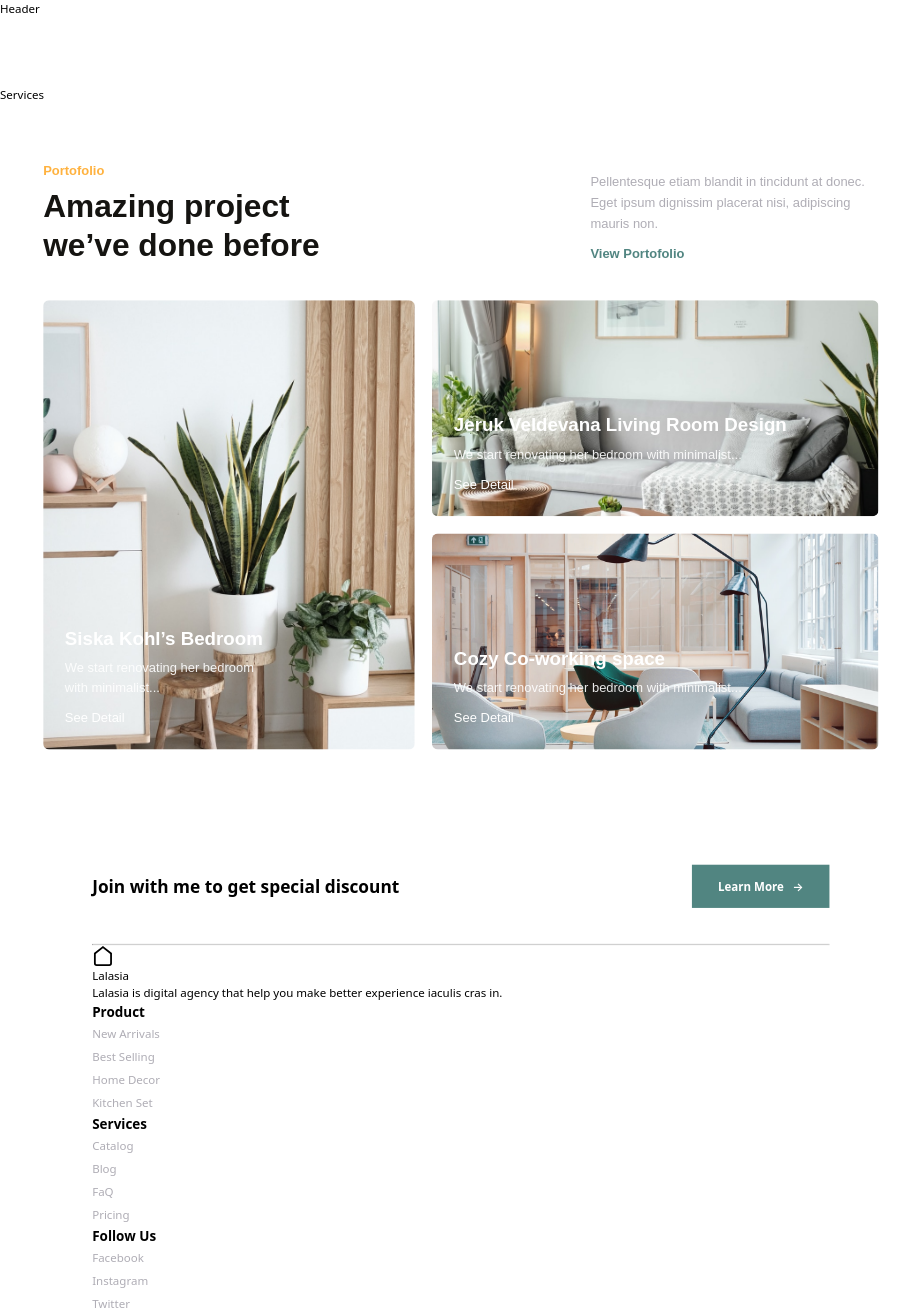
Repository: archis-academy/december-frontend-lalasia-2025
Page: /services
The author's editor kept a copy of each file at every save. The page is drawn from the files as they stood at one save, then again after the next save.
The browser window is 1280 px wide. The pictures show the whole page, at 72% of full size.
Some web fonts or font styles are not loaded; a fallback is used. The project was rebuilt for these pictures with package versions that can differ from the ones it lists, and the page was loaded fresh each time. Also part of the build but not shown: vite.config.ts, src/components/welcome/benefits.scss, src/components/welcome/benefitsd.tsx, src/components/Article/Article.module.scss, src/components/Article/ArticleCard.module.scss, src/components/CustomButton/CustomButton.tsx, src/components/Arrow/Arrow.tsx, src/components/Article/ArticleCard.tsx and 19 more.

Above is the page before, as saved 2026-01-27 00:09:59.

After the next save:
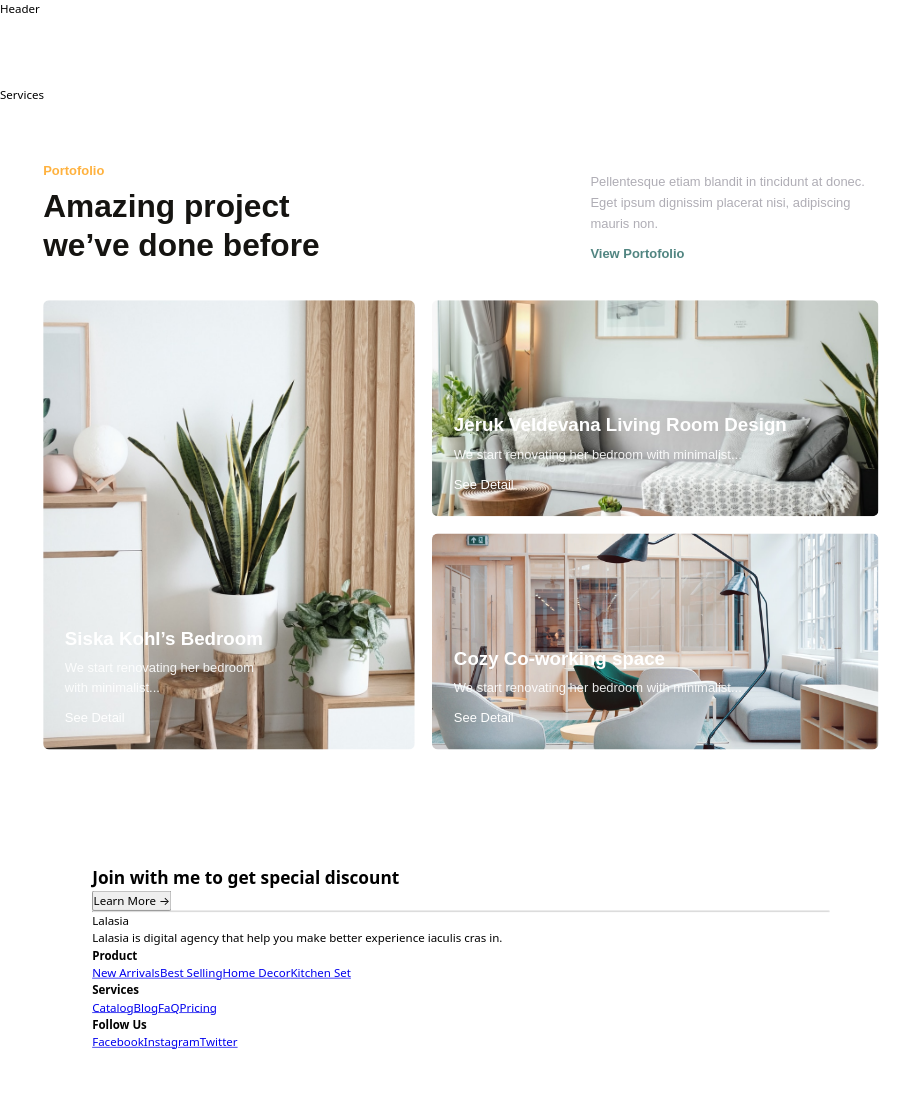
Saved 16 min 8 s later.
--- a/src/components/Footer/Footer.tsx
+++ b/src/components/Footer/Footer.tsx
@@ -2,74 +2,58 @@ import React from 'react';
 import './Footer.scss';
 
 const Footer: React.FC = () => {
-  // Butona tıklandığında çalışacak fonksiyon
-  const handleLearnMore = () => {
-    alert("Yönlendiriliyorsunuz...");
-    // window.location.href = "/details"; // Gerçek bir yönlendirme için
-  };
+  return (
+    <footer className="footer-wrapper">
+      <div className="footer-container">
 
-  return (
-    <footer className="footer-container">
-      <div className="cta-section">
-        <h2 className="cta-title">Join with me to get special discount</h2>
-
-        {/* Tıklanabilir Buton */}
-        <button
-          className="cta-button"
-          onClick={handleLearnMore}
-          aria-label="Learn more about discounts"
-        >
-          Learn More <span className="arrow">→</span>
-        </button>
-      </div>
-
-      <hr className="divider" />
-
-      <div className="footer-content">
-        <div className="brand-section">
-          <div className="logo-wrapper">
-             <div className="logo-icon">
-                {/* Basit bir SVG logo temsili */}
-                <svg width="30" height="30" viewBox="0 0 24 24" fill="none" stroke="currentColor" strokeWidth="2">
-                  <path d="M3 9l9-7 9 7v11a2 2 0 0 1-2 2H5a2 2 0 0 1-2-2z" />
-                </svg>
-             </div>
-            <span className="brand-name">Lalasia</span>
-          </div>
-          <p className="brand-description">
-            Lalasia is digital agency that help you make better experience iaculis cras in.
-          </p>
+        {/* Üst Kısım: CTA Bölümü */}
+        <div className="footer-cta">
+          <h2 className="cta-text">Join with me to get special discount</h2>
+          <button className="cta-btn" onClick={() => console.log("Tıklandı!")}>
+            Learn More <span className="arrow">→</span>
+          </button>
         </div>
 
-        <div className="links-section">
-          {/* Linkleri bir dizi olarak map'lemek daha temizdir */}
-          <div className="link-column">
-            <h3>Product</h3>
-            <ul>
-              {["New Arrivals", "Best Selling", "Home Decor", "Kitchen Set"].map(item => (
-                <li key={item}><a href={`#${item}`}>{item}</a></li>
-              ))}
-            </ul>
+        <hr className="footer-line" />
+
+        {/* Alt Kısım: İçerik */}
+        <div className="footer-main">
+          {/* Sol: Logo ve Açıklama */}
+          <div className="footer-brand">
+            <div className="brand-logo">
+              <span className="logo-box"></span>
+              <span className="logo-text">Lalasia</span>
+            </div>
+            <p className="brand-desc">
+              Lalasia is digital agency that help you make better experience iaculis cras in.
+            </p>
           </div>
 
-          <div className="link-column">
-            <h3>Services</h3>
-            <ul>
-              {["Catalog", "Blog", "FaQ", "Pricing"].map(item => (
-                <li key={item}><a href={`#${item}`}>{item}</a></li>
-              ))}
-            </ul>
-          </div>
-
-          <div className="link-column">
-            <h3>Follow Us</h3>
-            <ul>
-              {["Facebook", "Instagram", "Twitter"].map(item => (
-                <li key={item}><a href={`#${item}`}>{item}</a></li>
-              ))}
-            </ul>
+          {/* Sağ: Link Grupları */}
+          <div className="footer-links-group">
+            <div className="link-col">
+              <h4>Product</h4>
+              <a href="#">New Arrivals</a>
+              <a href="#">Best Selling</a>
+              <a href="#">Home Decor</a>
+              <a href="#">Kitchen Set</a>
+            </div>
+            <div className="link-col">
+              <h4>Services</h4>
+              <a href="#">Catalog</a>
+              <a href="#">Blog</a>
+              <a href="#">FaQ</a>
+              <a href="#">Pricing</a>
+            </div>
+            <div className="link-col">
+              <h4>Follow Us</h4>
+              <a href="#">Facebook</a>
+              <a href="#">Instagram</a>
+              <a href="#">Twitter</a>
+            </div>
           </div>
         </div>
+
       </div>
     </footer>
   );
